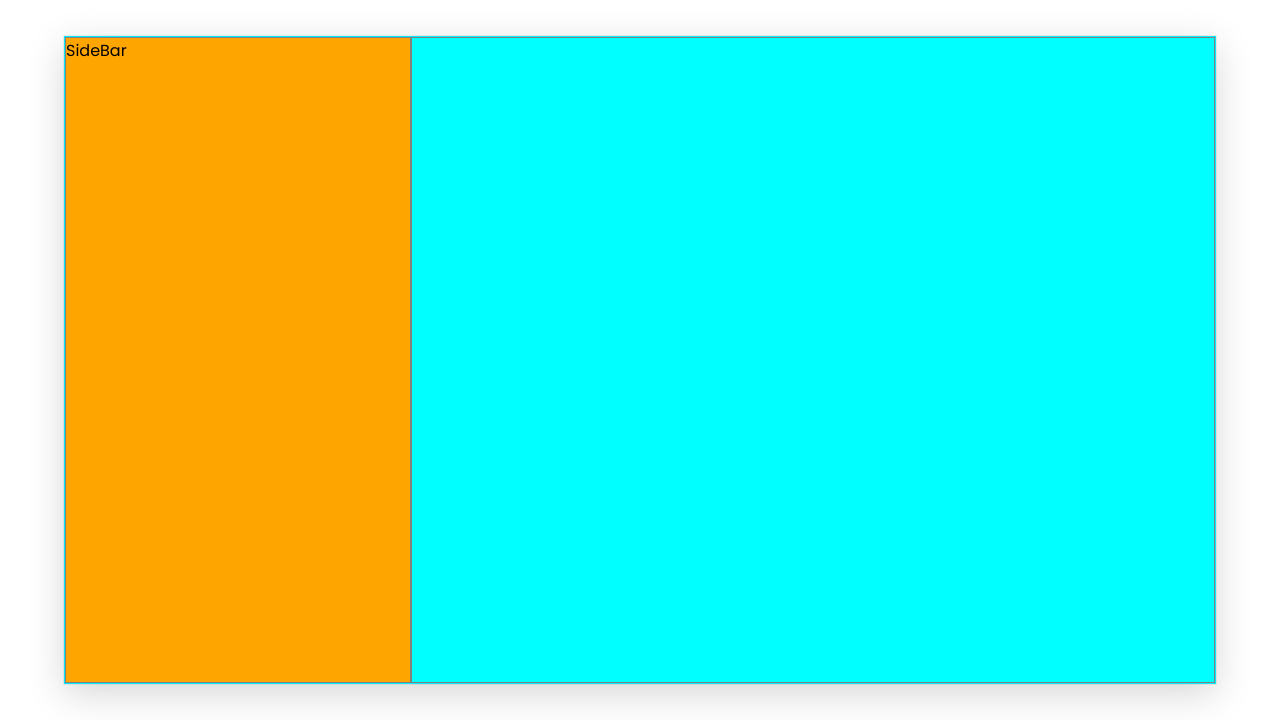
Repository: swastikjhacoder/mern-chat-frontend-only
Page: /
These files come from the project's save history. The page is drawn as it stood at one moment and after the next save; the edit follows.
The browser window is 1280 px wide. The pictures show the whole page.
The project was rebuilt for these pictures with package versions that can differ from the ones it lists, and the page was loaded fresh each time. Also part of the build but not shown: src/components/loginSignup/Login.jsx. Imported but missing from the stored project, and not drawn on this page: src/components/loginSignup/SignUp.

Above is the page before, as saved 2023-09-21 17:13:23.

### src/index.js
import React from "react";
import ReactDOM from "react-dom/client";
import "./index.css";
import App from "./App";
import { BrowserRouter } from "react-router-dom";
import { Provider } from "react-redux";
import { store } from "./redux/store";

const root = ReactDOM.createRoot(document.getElementById("root"));
root.render(
  <React.StrictMode>
    <Provider store={store}>
      <BrowserRouter>
        <App />
      </BrowserRouter>
    </Provider>
  </React.StrictMode>
);

### src/index.css
@import url('https://fonts.googleapis.com/css2?family=Poppins:ital,wght@0,100;0,200;0,300;0,400;0,500;0,600;0,700;0,800;0,900;1,400&display=swap');

:root {
  --border-color: #0ef;
  --box-shadow: rgba(0, 0, 0, 0.16) 0px 10px 36px 0px, rgba(0, 0, 0, 0.06) 0px 0px 0px 1px;
}

* {
  margin: 0;
  padding: 0;
  box-sizing: border-box;
  font-family: 'Poppins', sans-serif;
}

body {
  display: flex;
  flex-direction: column;
  justify-content: center;
  align-items: center;
}

.app-container {
  display: flex;
  width: 100vw;
  height: 100vh;
  flex-direction: column;
  justify-content: center;
  align-items: center;
}

.container {
  display: flex;
  flex-direction: row;
  width: 90vw;
  height: 90vh;
  border: 1px solid var(--border-color);
  box-shadow: var(--box-shadow);
}

.left-sidebar-container {
  flex: 0.3;
  background-color: orange;
  border: 1px solid gray;
}

.right-sidebar-container {
  flex: 0.7;
  background-color: cyan;
  border: 1px solid gray;
}

### src/App.js
// import { Button } from "@mui/material";
// import React from "react";
// import { useSelector, useDispatch } from "react-redux";
// import { toggleDarkMode, addUser, removeUser } from './redux/liveChatSlice';

// function App() {
//   const dispatch = useDispatch();
//   const mode = useSelector((state) => state.liveChat.mode);
//   const userInfo = useSelector((state) => state.liveChat.userInfo);
//   const background = useSelector( ( state ) => state.liveChat.background );
//   console.log(mode);
//   console.log(userInfo);
//   console.log(background);
//   return (
//     <>
//       <Button onClick={() => dispatch(toggleDarkMode())}>Click Me</Button>
//     </>
//   );
// }

// export default App;

import React from "react";
import { useSelector } from "react-redux";
import "./index.css";
import { Routes, Route } from "react-router-dom";
import MainContainer from "./components/MainContainer";
import Login from "./components/loginSignup/Login";
import SignUp from "./components/loginSignup/SignUp";
import ChatContainer from "./components/chat/ChatContainer";

const App = () => {
  const background = useSelector((state) => state.liveChat.background);
  console.log(background);
  return (
    <>
      <div style={{ backgroundColor: background }} className="app-container">
        <Routes>
          <Route path="/" element={<MainContainer />}>
            <Route path="login" element={<Login />} />
            <Route path="signup" element={<SignUp />} />
            <Route path="chat" element={<ChatContainer />} />
          </Route>
        </Routes>
      </div>
    </>
  );
};

export default App;

### src/redux/store.js
import { configureStore } from '@reduxjs/toolkit';
import liveChatReducer from './liveChatSlice';

export const store = configureStore({
  reducer: {
    liveChat: liveChatReducer,
  },
});

### src/components/MainContainer.jsx
import React from "react";
import { Outlet } from "react-router-dom";
import { useSelector } from "react-redux";
import Login from "./loginSignup/Login";
import ChatContainer from "./chat/ChatContainer";

const MainContainer = () => {
  const user = useSelector((state) => state.liveChat.userInfo);
  console.log(user);
  return (
    <>
      {/* <div className="container">
        { user ? <ChatContainer/> : <Login /> }

      </div> */}
      <ChatContainer />
      <Outlet />
    </>
  );
};

export default MainContainer;

### src/components/chat/ChatContainer.jsx
import React from 'react';
import SideBar from './SideBar';

const ChatContainer = () => {
  return (
    <div className="container">
      <div className="left-sidebar-container">
        <SideBar/>
      </div>
      <div className="right-sidebar-container"></div>
    </div>
  );
}

export default ChatContainer

### src/redux/liveChatSlice.js
import { createSlice } from "@reduxjs/toolkit";

const initialState = {
  mode: JSON.parse(localStorage.getItem("darkMode")) || false,
  userInfo: null,
  background: JSON.parse(localStorage.getItem("backgroundColor")) || "#fff",
};

export const liveChatSlice = createSlice({
  name: "liveChat",
  initialState,
  reducers: {
    toggleDarkMode: (state) => {
      state.mode = !state.mode;
      if (!state.mode) {
        state.background = "#fff";
      } else {
        state.background = "#081b29";
      }
      localStorage.setItem("darkMode", JSON.stringify(state.mode));
      localStorage.setItem("backgroundColor", JSON.stringify(state.background));
    },
    addUser: (state, action) => {
      state.userInfo = action.payload;
    },
    removeUser: (state) => {
      state.userInfo = null;
    },
  },
});

export const { toggleDarkMode, addUser, removeUser } =
  liveChatSlice.actions;
export default liveChatSlice.reducer;

Loaded but not shown: src/components/chat/SideBar.jsx (common file)

After the next save:
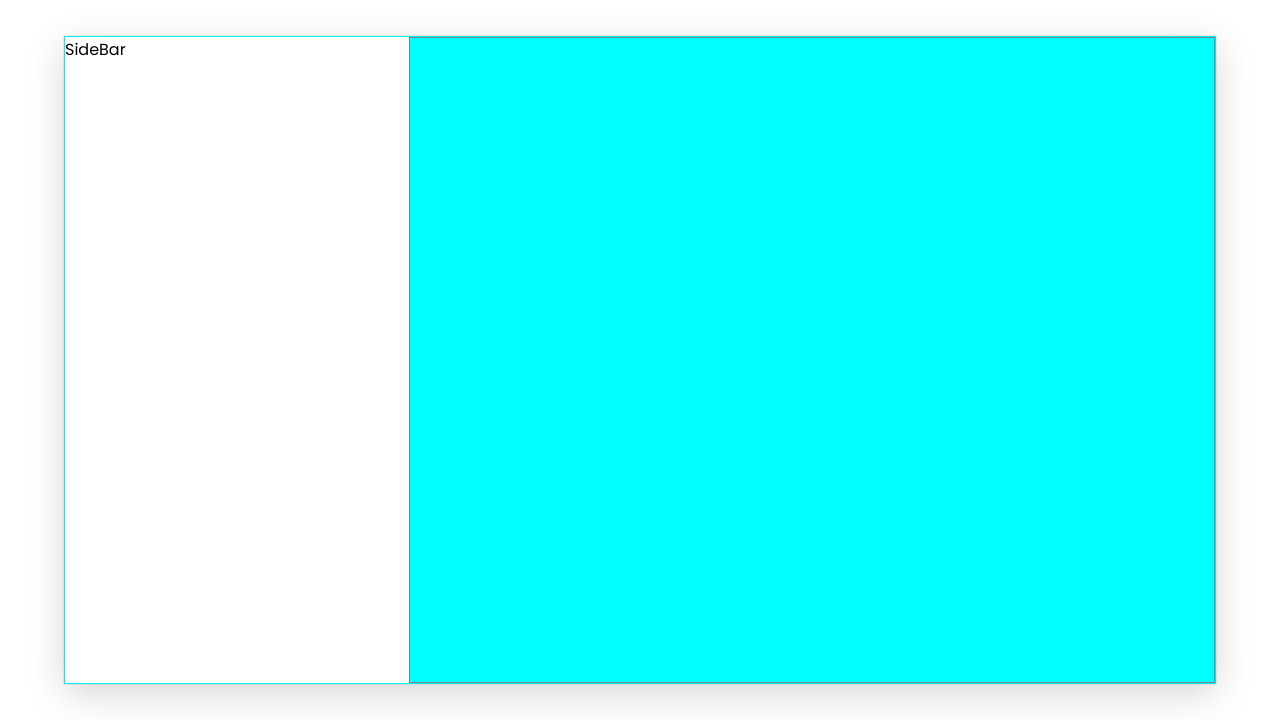
Saved 39 s later.
--- a/src/index.css
+++ b/src/index.css
@@ -39,8 +39,6 @@ body {
 
 .left-sidebar-container {
   flex: 0.3;
-  background-color: orange;
-  border: 1px solid gray;
 }
 
 .right-sidebar-container {
